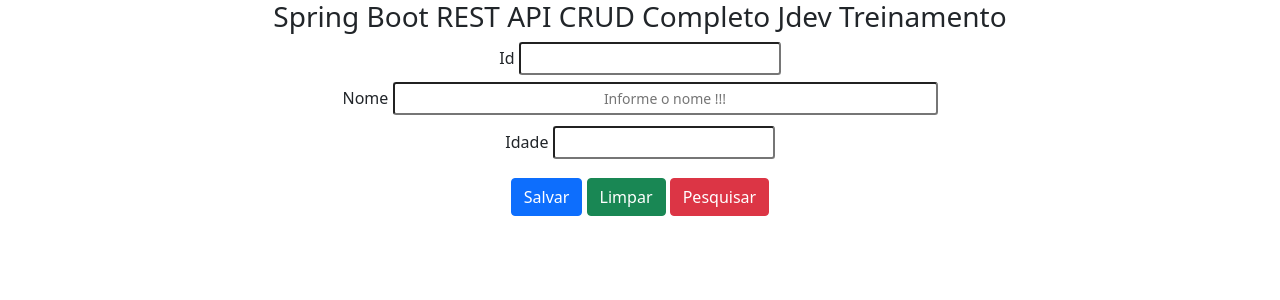
Repository: isaquelimaof/REST-API-SpringBoot
Page: springboot-rest-api-sample/src/main/resources/static/index.html
The author's editor kept a copy of each file at every save. The page is drawn from the files as they stood at one save, then again after the next save.
The browser window is 1280 px wide. The pictures show the whole page.

Above is the page before, as saved 2022-05-05 18:07:34.

### springboot-rest-api-sample/src/main/resources/static/index.html
<!DOCTYPE html>
<html lang="pt-br">
<head>
<meta charset="utf-8">
<meta name="viewport" content="width=device-width, initial-scale=1">
<link rel="stylesheet" type="text/css" href="css.css" media="screen" />
<!-- Bootstrap CSS -->
<link
	href="https://cdn.jsdelivr.net/npm/bootstrap@5.1.3/dist/css/bootstrap.min.css"
	rel="stylesheet"
	integrity="sha384-1BmE4kWBq78iYhFldvKuhfTAU6auU8tT94WrHftjDbrCEXSU1oBoqyl2QvZ6jIW3"
	crossorigin="anonymous">
<title>API REST FULL</title>
</head>
<body>
	<h3>Spring Boot REST API CRUD Completo Jdev Treinamento</h3>

	<form action="" id="formCadastroUser">

		<div class="mb-1">
			<label for="id" class="form-label">Id</label> <input type="text"
				class="form-control-sm" id="id" size="25px" readonly="readonly">
		</div>
		<div class="mb-2">
			<label for="nome" class="form-label">Nome</label> <input type="text"
				id="nome" class="form-control-sm" size="60px"
				placeholder="Informe o nome !!!">
		</div>
		<div class="mb-3">
			<label for="idade" class="form-label">Idade</label> <input
				type="number" class="form-control-sm" id="idade">
		</div>
	</form>

	<button type="button" class="btn btn-primary" onclick="salvarUsuario()">Salvar</button>
	<button type="button" class="btn btn-success"
		onclick="document.getElementById('formCadastroUser').reset()">Limpar</button>
	<button type="button" class="btn btn-danger" data-bs-toggle="modal"
		data-bs-target="#modalPesquisarUser" data-bs-whatever="@getbootstrap">Pesquisar</button>

	<div class="modal fade" id="modalPesquisarUser" tabindex="-1"
		aria-labelledby="exampleModalLabel" aria-hidden="true">
		<div class="modal-dialog">
			<div class="modal-content">
				<div class="modal-header">
					<h5 class="modal-title" id="exampleModalLabel">Pesquisar
						Usuário</h5>
					<button type="button" class="btn-close" data-bs-dismiss="modal"
						aria-label="Close"></button>
				</div>
				<div class="modal-body">
					<form>
						<div class="mb-3">
							<label for="nameBusca" class="col-form-label">Nome:</label>
							<input type="text" class="form-control" id="nameBusca">
						</div>

						<button type="button" class="btn btn-success">Pesquisar !</button>
						<!-- <div class="mb-3">
							<label for="message-text" class="col-form-label">Message:</label>
							<textarea class="form-control" id="message-text"></textarea>
						</div>  -->

					</form>

					<table class="table">
						<thead>
							<tr>
								<th scope="col">ID</th>
								<th scope="col">Nome</th>
								<th scope="col">Editar</th>
							</tr>
						</thead>
						<tbody>
							<tr>
								<th scope="row">1</th>
								<td>Mark</td>
								<td>Otto</td>
								<td>@mdo</td>
							</tr>
							<tr>
								<th scope="row">2</th>
								<td>Jacob</td>
								<td>Thornton</td>
								<td>@fat</td>
							</tr>

						</tbody>
					</table>

				</div>

				<!-- <div class="modal-footer">
						<button type="button" class="btn btn-primary">Send message</button>-->
				<button type="button" class="btn btn-danger" data-bs-dismiss="modal">Sair
					!</button>

			</div>
		</div>
	</div>
	</div>


	<script src="https://code.jquery.com/jquery-3.6.0.min.js"
		integrity="sha256-/xUj+3OJU5yExlq6GSYGSHk7tPXikynS7ogEvDej/m4="
		crossorigin="anonymous"></script>

	<!-- Option 1: Bootstrap Bundle with Popper -->
	<script
		src="https://cdn.jsdelivr.net/npm/bootstrap@5.1.3/dist/js/bootstrap.bundle.min.js"
		integrity="sha384-ka7Sk0Gln4gmtz2MlQnikT1wXgYsOg+OMhuP+IlRH9sENBO0LRn5q+8nbTov4+1p"
		crossorigin="anonymous"></script>


	<script type="text/javascript">
		function salvarUsuario() {
			//busca valores no campo
			var id = $("#id").val();
			var nome = $("#nome").val();
			var idade = $("#idade").val();

			//Trabalhando com Ajax - Sempre vai ser usado esse modelo para se comunicar com a API
			$.ajax({
				method : "POST",
				url : "salvar",
				data : JSON.stringify({
					id : id,
					nome : nome,
					idade : idade
				}),
				contentType : "application/json; charset=utf-8",
				success : function(response) {
					$("#id").val(response.id);
					alert("Salvo com Sucesso!");
				}
			}).fail(function(xhr, status, errorThrown) {
				alert("Erro ao salvar usuario !: " + xhr.responseText);
			});

		}
	</script>

</body>
</html>

### springboot-rest-api-sample/src/main/resources/static/css.css
@charset "utf-8";



* {
	text-align: center;
}

After the next save:
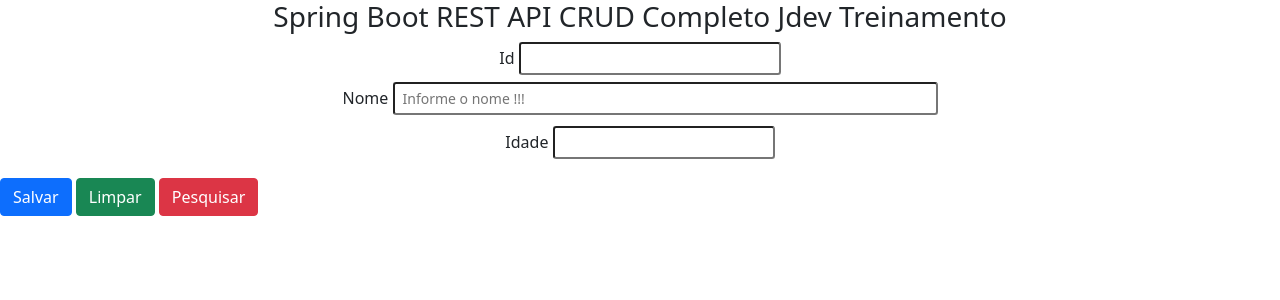
Saved 16 s later.
--- a/springboot-rest-api-sample/src/main/resources/static/css.css
+++ b/springboot-rest-api-sample/src/main/resources/static/css.css
@@ -1,7 +1,15 @@
 @charset "utf-8";
 
+h3 {
+	text-align: center;
 
-
-* {
+}
+.mb-1{
 	text-align: center;
 }
+.mb-2{
+	text-align: center;
+}
+.mb-3{
+	text-align: center;
+}
